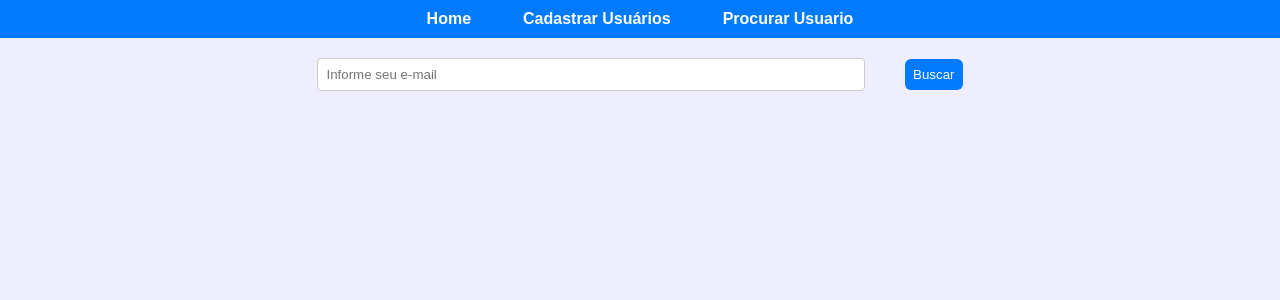
Repository: diegoeiti/Logica-Programacao
Page: http://localhost/paginas/verificarUsuario.php
These files come from the project's save history. The page is drawn as it stood at one moment and after a run of saves; the edit follows.
The browser window is 1280 px wide. The pictures show the whole page.
The page is run by PHP 8.4 with error messages shown; the project is at /var/www/html/.

Above is the page before, as saved 2025-10-31 10:16:29.

### Modulo 3 - PHP/Aula 20 CRUDalunos/paginas/verificarUsuario.php
<!DOCTYPE html>
<html lang="pt-br">
<head>
    <meta charset="UTF-8">
    <meta name="viewport" content="width=device-width, initial-scale=1.0">
    <title>Verificar Usuário</title>
    <link rel="stylesheet" href="../estilos/styleVerificar.css">
</head>
<body>

    <header>
        <nav>
            <ul>
                <li><a href="../index.html">Home</a></li>
                <li><a href="cadastro.php">Cadastrar Usuários</a></li>
                <li><a href="#">Procurar Usuario</a></li>
            </ul>
        </nav>
    </header>

    <main>
        <section id="container">
            <form action="verificarUsuario.php" method="post">
                <input type="email" name="email" id="email" placeholder="Informe seu e-mail">
                <input type="submit" value="Buscar">
            </form>
        </section>

        <section>

            <?php

                if(isset($_POST["email"])) {
                    include("../conexao/conexao.php");
                    $email = $_POST["email"];

                    $sql = "SELECT id, nome, sobrenome, email, curso FROM usuarios WHERE email = ?";
                    $stmt = $conn->prepare($sql);

                    if($stmt) {
                        $stmt->bind_param("s", $email);
                        $stmt->execute();
                        $resultado = $stmt->get->result();


                        if ($resultado->num_rows > 0) {
                            $row = $resultado->fetch_assoc();

                        }
                    }


                }

            ?>

        </section>
    </main>
</body>
</html>

### Modulo 3 - PHP/Aula 20 CRUDalunos/estilos/styleVerificar.css
* {
    box-sizing: border-box;
}

body {
    font-family: Arial, sans-serif;
    background-color: #eef;
    margin: 0;
    padding: 0;
}


header {
    background-color: #007bff;
    padding: 10px 0;
    color: white;
}
nav ul {
    list-style: none;
    display: flex;
    justify-content: center;
    gap: 20px;
    padding: 0;
    margin: 0;
}

nav ul li a {
    text-decoration: none;
    color: white;
    font-weight: bold;
    padding: 8px 16px;
    border-radius: 5px;
    transition: background 0.3s;
}
nav ul li a:hover {
    background-color: #0056b3;
}

main {
    display: flex;
    flex-direction: column;
    align-items: center;
    height: calc(100vh - 60px);
    padding: 20px;
    width: 70vw;
    margin: auto;
}

#containerSection {
    width: 50%;
}

section {
    width: 80%;
}

form {
    display: flex;
    flex-direction: row;
    justify-content: space-around;
    align-items: center;
}

#form-nota {
    display: flex;
    flex-direction: column;
    justify-content: space-around;
    align-items: center;
}

#curso, input[type="email"] {
    width: 80%;
    padding: 8px;
    border-radius: 4px;
    border: 1px solid #ccc;
}
input[type="number"] {
    width: 80%;
    padding: 4px;
    border-radius: 4px;
    border: 1px solid #ccc;
    text-align: center;
}

input[type="submit"] {
    padding: 8px;
    background-color: #007bff;
    color: white;
    border: none;
    border-radius: 6px;
    cursor: pointer;
}

input[type="submit"]:hover {
    background-color: #0056b3;
}

table {
    width: 100%;
    border-collapse: collapse;
    margin: 20px 0;
    font-family: Arial, sans-serif;
    box-shadow: 0 2px 5px rgba(0, 0, 0, 0.1);
}

thead {
    background-color: #007bff;
    color: white;
}

th, td {
    padding: 10px;
    text-align: left;
    border: 1px solid #ddd;
    text-align: center;
}

th {
    font-weight: bold;
    font-size: 1.1em;
}

tr:nth-child(even) {
    background-color: #f2f2f2;
}

tr:hover {
    background-color: #f1f1f1;
}

table td {
    font-size: 1em;
    color: #333;
}

table {
    border-radius: 8px;
    overflow: hidden;
}

.mensagem {
    margin-top: 15px;
    padding: 10px;
    border-radius: 6px;
    text-align: center;
    font-weight: bold;
}

.erro {
    background-color: #f8d7da;
    color: #721c24;
}

#btn-excluir {
    background-color: #e74c3c; /* Vermelho */
    color: white;
    padding: 10px 15px;
    border: none;
    border-radius: 5px;
    cursor: pointer;
    font-size: 14px;
    transition: background-color 0.3s;
}

/* Alterando a cor de fundo quando o mouse passa por cima */
#btn-excluir:hover {
    background-color: #c0392b;
}

#botao-nota {
    display: block;
}

After the next 2 saves:
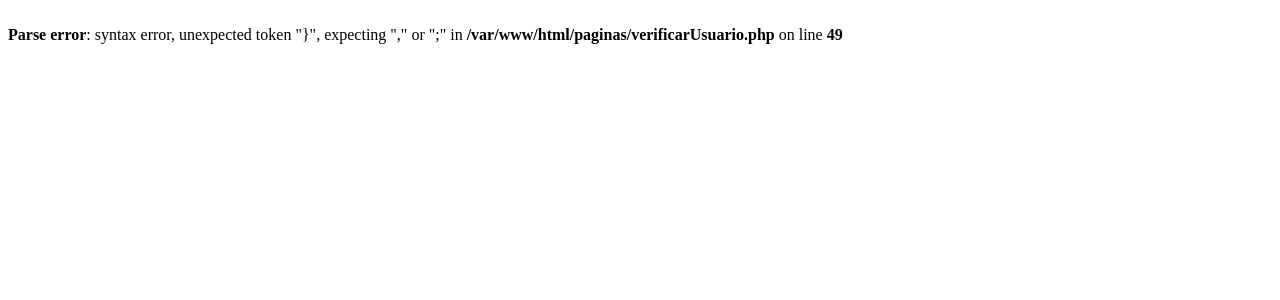
The 2 saves are shown as one change because they came seconds apart.
The last was saved 25 s later.
--- a/Modulo 3 - PHP/Aula 20 CRUDalunos/paginas/verificarUsuario.php
+++ b/Modulo 3 - PHP/Aula 20 CRUDalunos/paginas/verificarUsuario.php
@@ -45,7 +45,7 @@
 
                         if ($resultado->num_rows > 0) {
                             $row = $resultado->fetch_assoc();
-
+                            echo $row
                         }
                     }
 

After the save that followed:
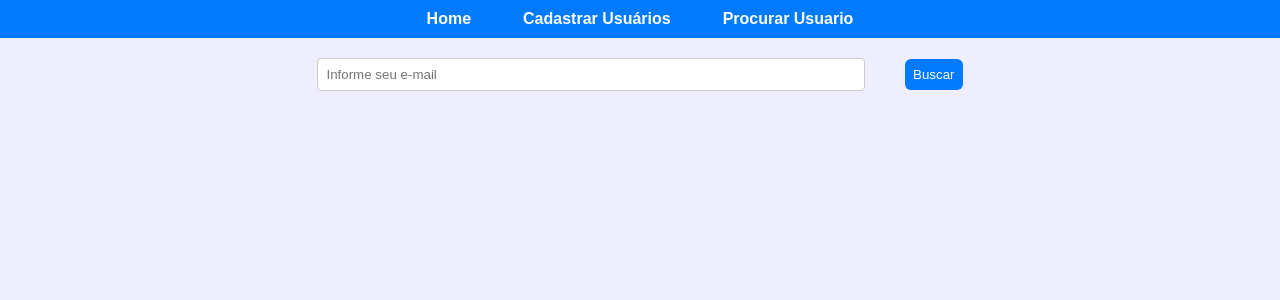
Saved 4 s later.
--- a/Modulo 3 - PHP/Aula 20 CRUDalunos/paginas/verificarUsuario.php
+++ b/Modulo 3 - PHP/Aula 20 CRUDalunos/paginas/verificarUsuario.php
@@ -45,7 +45,7 @@
 
                         if ($resultado->num_rows > 0) {
                             $row = $resultado->fetch_assoc();
-                            echo $row
+                            echo $row['nome'];
                         }
                     }
 
